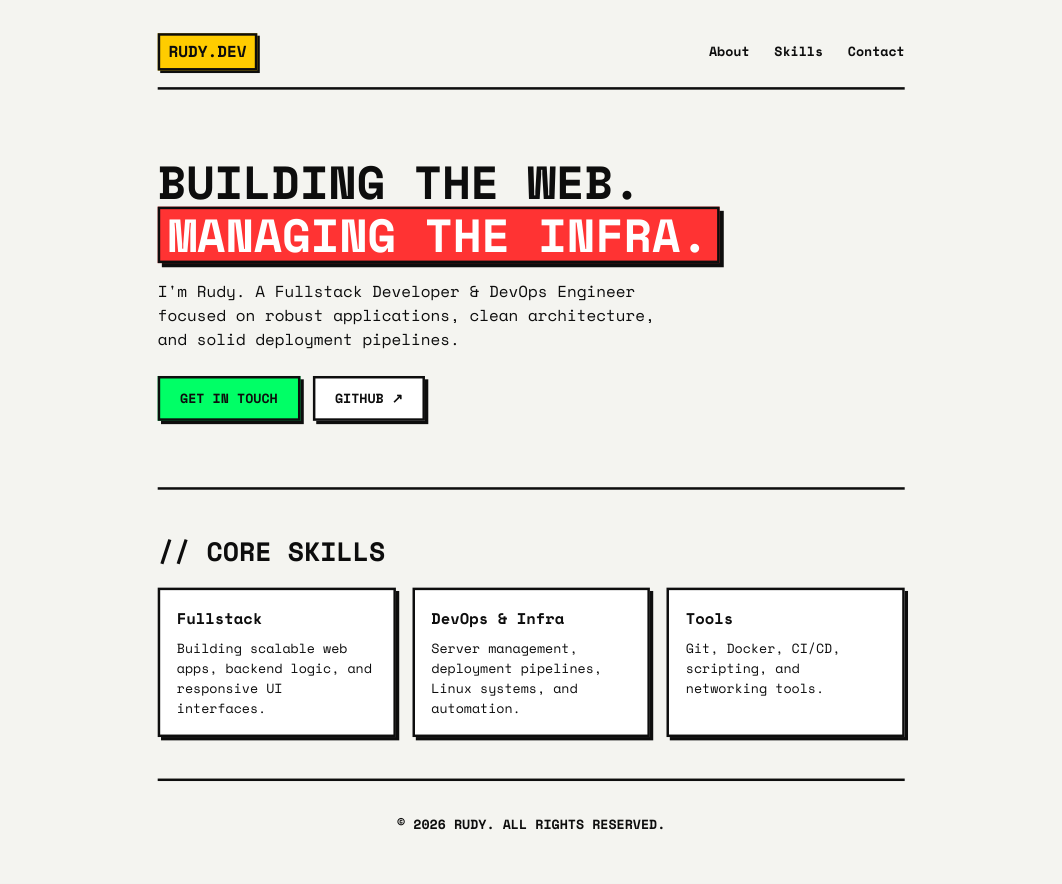
Repository: rudy0317/rudy-dev
Page: index.html
The author's editor kept a copy of each file at every save. The page is drawn from the files as they stood at one save, then again after the next save.
The browser window is 1280 px wide. The pictures show the whole page, at 83% of full size.

Above is the page before, as saved 2026-07-24 11:59:21.

After the next save:
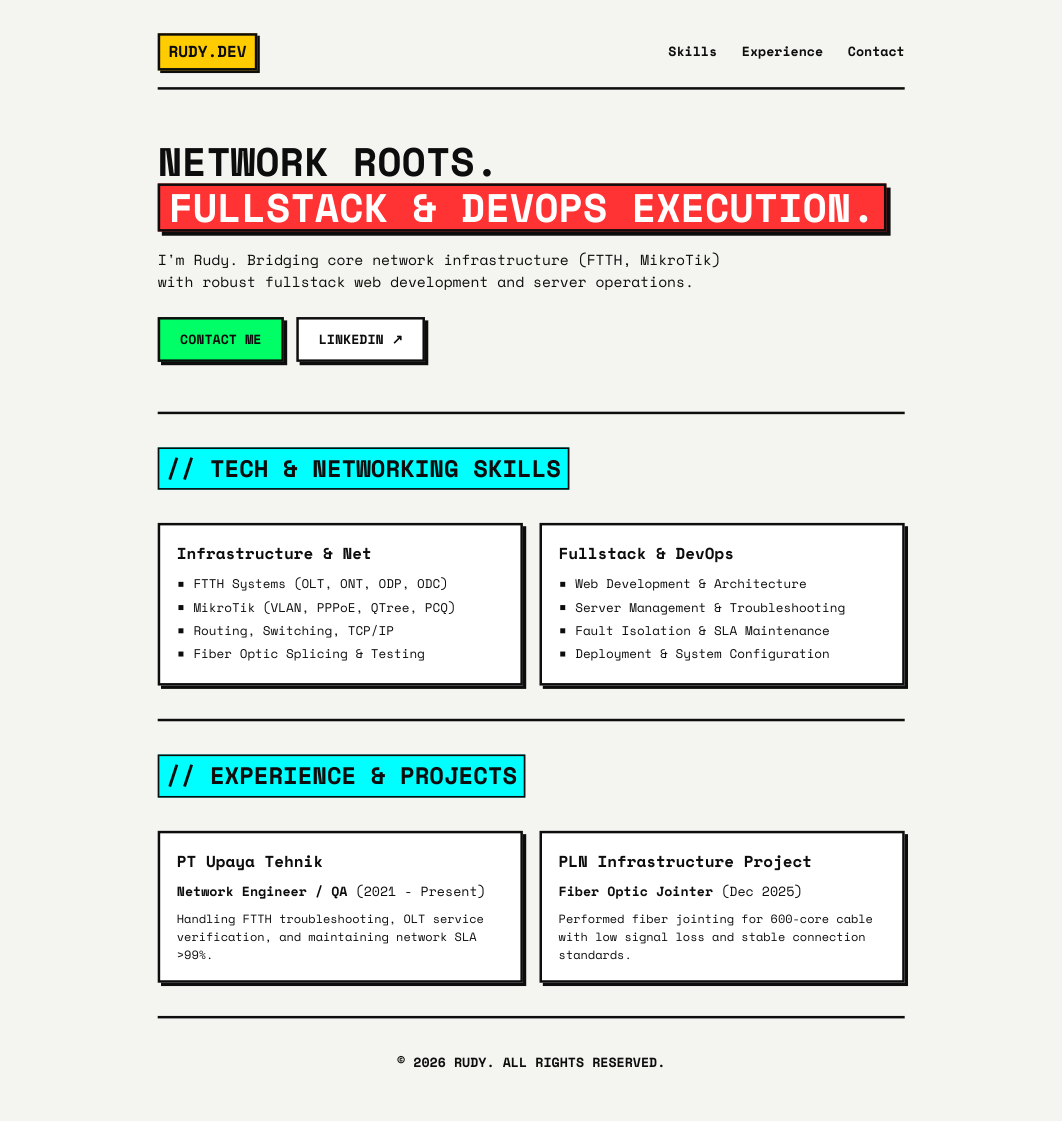
Saved 4 min 35 s later.
--- a/index.html
+++ b/index.html
@@ -3,8 +3,7 @@
 <head>
     <meta charset="UTF-8">
     <meta name="viewport" content="width=device-width, initial-scale=1.0">
-    <title>Rudy - Fullstack & DevOps</title>
-    <!-- Menggunakan font monospace untuk kesan raw/developer -->
+    <title>Rudy - Network Engineer & Fullstack Dev</title>
     <link href="https://fonts.googleapis.com/css2?family=Space+Mono:ital,wght@0,400;0,700;1,400&display=swap" rel="stylesheet">
     <style>
         * {
@@ -58,12 +57,12 @@
 
         /* HERO SECTION */
         .hero {
-            padding: 80px 0;
+            padding: 60px 0;
             border-bottom: 3px solid #0d0d0d;
         }
 
         .hero h1 {
-            font-size: 3.5rem;
+            font-size: 3rem;
             font-weight: 700;
             text-transform: uppercase;
             line-height: 1.1;
@@ -80,15 +79,15 @@
         }
 
         .hero p {
-            font-size: 1.2rem;
+            font-size: 1.1rem;
             margin-bottom: 30px;
-            max-width: 600px;
-            font-weight: 400;
+            max-width: 700px;
         }
 
         .btn-group {
             display: flex;
             gap: 15px;
+            flex-wrap: wrap;
         }
 
         .btn {
@@ -111,27 +110,27 @@
             box-shadow: 2px 2px 0px #0d0d0d;
         }
 
-        .btn:active {
-            transform: translate(4px, 4px);
-            box-shadow: 0px 0px 0px #0d0d0d;
-        }
-
-        /* SECTION LAINNYA (STACK/PROJECT) */
+        /* SECTIONS */
         section {
-            padding: 50px 0;
+            padding: 40px 0;
             border-bottom: 3px solid #0d0d0d;
         }
 
         h2 {
-            font-size: 2rem;
+            font-size: 1.8rem;
             margin-bottom: 20px;
             text-transform: uppercase;
-        }
-
-        .stack-box {
+            background: #00ffff;
+            display: inline-block;
+            padding: 2px 8px;
+            border: 2px solid #0d0d0d;
+        }
+
+        .grid-box {
             display: grid;
-            grid-template-columns: repeat(auto-fit, minmax(200px, 1fr));
+            grid-template-columns: repeat(auto-fit, minmax(260px, 1fr));
             gap: 20px;
+            margin-top: 20px;
         }
 
         .card {
@@ -143,6 +142,17 @@
 
         .card h3 {
             margin-bottom: 10px;
+            font-size: 1.2rem;
+        }
+
+        .card ul {
+            list-style-type: square;
+            padding-left: 20px;
+            font-size: 0.95rem;
+        }
+
+        .card li {
+            margin-bottom: 5px;
         }
 
         footer {
@@ -153,7 +163,7 @@
 
         @media (max-width: 768px) {
             .hero h1 {
-                font-size: 2.5rem;
+                font-size: 2.2rem;
             }
         }
     </style>
@@ -163,8 +173,8 @@
     <header>
         <div class="logo">RUDY.DEV</div>
         <nav>
-            <a href="#about">About</a>
             <a href="#skills">Skills</a>
+            <a href="#experience">Experience</a>
             <a href="#contact">Contact</a>
         </nav>
     </header>
@@ -172,29 +182,52 @@
     <div class="container">
         <!-- HERO SECTION -->
         <section class="hero">
-            <h1>BUILDING THE WEB. <span>MANAGING THE INFRA.</span></h1>
-            <p>I'm Rudy. A Fullstack Developer & DevOps Engineer focused on robust applications, clean architecture, and solid deployment pipelines.</p>
+            <h1>NETWORK ROOTS. <span>FULLSTACK & DEVOPS EXECUTION.</span></h1>
+            <p>I'm Rudy. Bridging core network infrastructure (FTTH, MikroTik) with robust fullstack web development and server operations.</p>
             <div class="btn-group">
-                <a href="#contact" class="btn">GET IN TOUCH</a>
-                <a href="https://github.com" target="_blank" class="btn btn-secondary">GITHUB ↗</a>
+                <a href="mailto:rudy2310010148@gmail.com" class="btn">CONTACT ME</a>
+                <a href="https://www.linkedin.com/in/rudyyy" target="_blank" class="btn btn-secondary">LINKEDIN ↗</a>
             </div>
         </section>
 
-        <!-- SKILLS / TECH STACK SECTION -->
+        <!-- SKILLS SECTION -->
         <section id="skills">
-            <h2>// CORE SKILLS</h2>
-            <div class="stack-box">
-                <div class="card">
-                    <h3>Fullstack</h3>
-                    <p>Building scalable web apps, backend logic, and responsive UI interfaces.</p>
-                </div>
-                <div class="card">
-                    <h3>DevOps & Infra</h3>
-                    <p>Server management, deployment pipelines, Linux systems, and automation.</p>
-                </div>
-                <div class="card">
-                    <h3>Tools</h3>
-                    <p>Git, Docker, CI/CD, scripting, and networking tools.</p>
+            <h2>// TECH & NETWORKING SKILLS</h2>
+            <div class="grid-box">
+                <div class="card">
+                    <h3>Infrastructure & Net</h3>
+                    <ul>
+                        <li>FTTH Systems (OLT, ONT, ODP, ODC)</li>
+                        <li>MikroTik (VLAN, PPPoE, QTree, PCQ)</li>
+                        <li>Routing, Switching, TCP/IP</li>
+                        <li>Fiber Optic Splicing & Testing</li>
+                    </ul>
+                </div>
+                <div class="card">
+                    <h3>Fullstack & DevOps</h3>
+                    <ul>
+                        <li>Web Development & Architecture</li>
+                        <li>Server Management & Troubleshooting</li>
+                        <li>Fault Isolation & SLA Maintenance</li>
+                        <li>Deployment & System Configuration</li>
+                    </ul>
+                </div>
+            </div>
+        </section>
+
+        <!-- EXPERIENCE SECTION -->
+        <section id="experience">
+            <h2>// EXPERIENCE & PROJECTS</h2>
+            <div class="grid-box">
+                <div class="card">
+                    <h3>PT Upaya Tehnik</h3>
+                    <p><strong>Network Engineer / QA</strong> (2021 - Present)</p>
+                    <p style="margin-top: 10px; font-size: 0.9rem;">Handling FTTH troubleshooting, OLT service verification, and maintaining network SLA >99%.</p>
+                </div>
+                <div class="card">
+                    <h3>PLN Infrastructure Project</h3>
+                    <p><strong>Fiber Optic Jointer</strong> (Dec 2025)</p>
+                    <p style="margin-top: 10px; font-size: 0.9rem;">Performed fiber jointing for 600-core cable with low signal loss and stable connection standards.</p>
                 </div>
             </div>
         </section>
